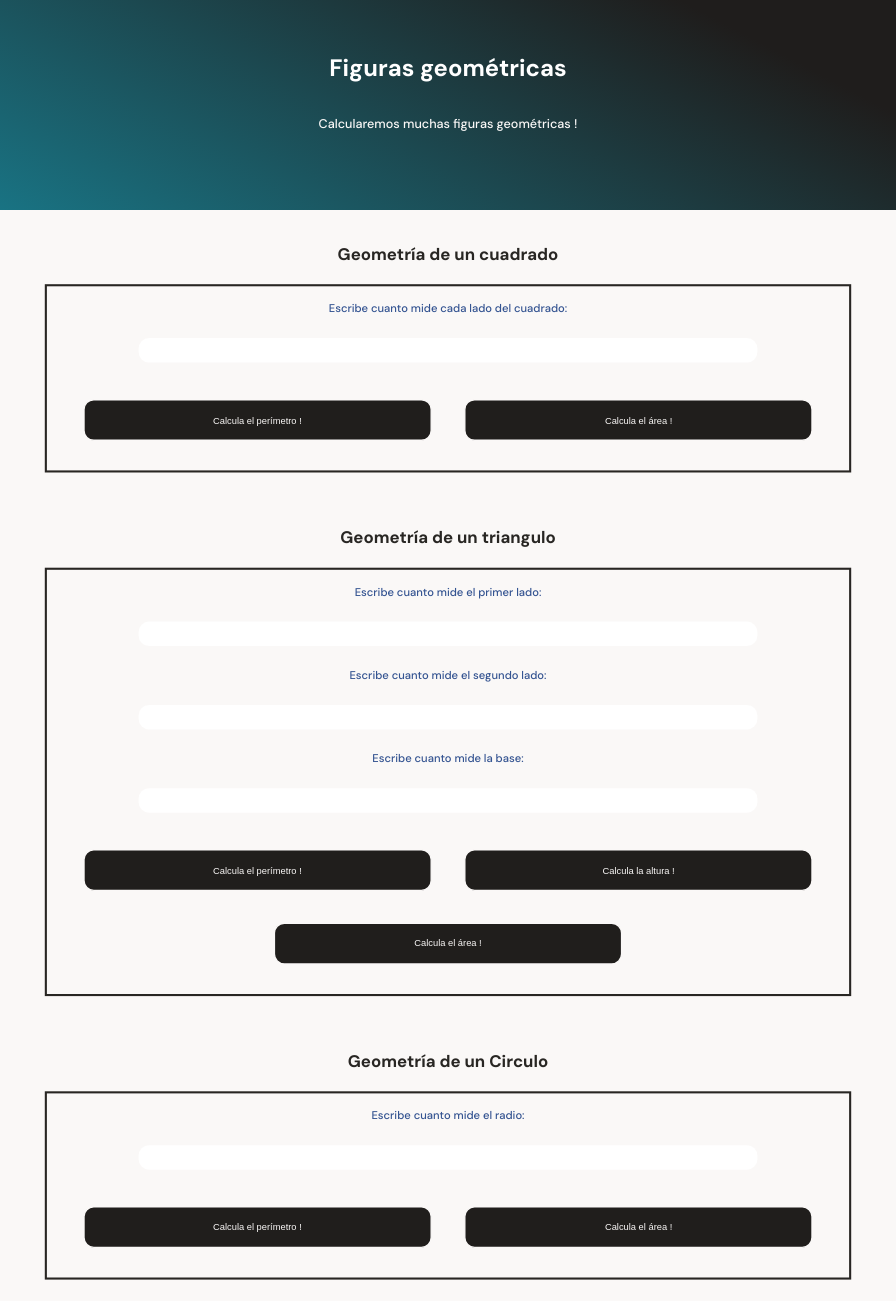
Repository: ChristianGecchelin/javascript-project
Page: javascript-project/figuras-geometricas/figuras.html
These files come from the project's save history. The page is drawn as it stood at one moment and after the next save; the edit follows.
The browser window is 1280 px wide. The pictures show the whole page, at 70% of full size.

Above is the page before, as saved 2021-12-02 00:38:13.

### javascript-project/figuras-geometricas/figuras.html
<!DOCTYPE html>
<html lang="en">
  <head>
    <meta charset="UTF-8" />
    <meta http-equiv="X-UA-Compatible" content="IE=edge" />
    <meta name="viewport" content="width=device-width, initial-scale=1.0" />
    <title>Figuras geométricas | Proyecto 1</title>
    <link rel="preconnect" href="https://fonts.googleapis.com" />
    <link rel="preconnect" href="https://fonts.gstatic.com" crossorigin />
    <link
      href="https://fonts.googleapis.com/css2?family=DM+Sans:wght@400;500;700&family=Inter:wght@300;500&display=swap"
      rel="stylesheet"
    />
    <link rel="stylesheet" href="./style.css" />
  </head>
  <body>
    <header>
      <div class="header--title-container">
        <h1>Figuras geométricas</h1>
        <p>Calcularemos muchas figuras geométricas !</p>
      </div>
    </header>
    <main>
      <section class="main-calculadora-contenedor">
        <h2 class="main-calculadora-contenedor--title">
          Geometría de un cuadrado
        </h2>
        <div class="main-calculadora-form-contenedor">
          <form action="">
            <label class="form--label-input" for=""
              >Escribe cuanto mide cada lado del cuadrado:</label
            >
            <input class="form--input" type="number" id="inputCuadrado" />
            <button
              class="form--input-boton"
              type="button"
              onclick="calcularPerimetroCuadrado()"
            >
              Calcula el perímetro !
            </button>
            <button
              class="form--input-boton"
              type="button"
              onclick="calcularAreaCuadrado()"
            >
              Calcula el área !
            </button>
            <!-- type button, para quitarle el submit por defecto y que no me redireccione a ningun lado -->
          </form>
        </div>
      </section>
      <section class="main-calculadora-contenedor">
        <h2 class="main-calculadora-contenedor--title">
          Geometría de un triangulo
        </h2>
        <div class="main-calculadora-form-contenedor">
          <form action="">
            <label class="form--label-input" for=""
              >Escribe cuanto mide el primer lado:</label
            >
            <input class="form--input" type="number" id="inputLado1" />
            <label class="form--label-input" for=""
              >Escribe cuanto mide el segundo lado:</label
            >
            <input class="form--input" type="number" id="inputLado2" />
            <label class="form--label-input" for=""
              >Escribe cuanto mide la base:</label
            >
            <input class="form--input" type="number" id="inputBase" />
            <button
              class="form--input-boton"
              type="button"
              onclick="calcularPerimetroTriangulo()"
            >
              Calcula el perímetro !
            </button>
            <button
              class="form--input-boton"
              type="button"
              onclick="calcularAlturaTriangulo()"
            >
              Calcula la altura !
            </button>
            <button
              class="form--input-boton"
              type="button"
              onclick="calcularAreaTriangulo()"
            >
              Calcula el área !
            </button>
            <!-- type button, para quitarle el submit por defecto y que no me redireccione a ningun lado -->
          </form>
        </div>
      </section>
      <section class="main-calculadora-contenedor">
        <h2 class="main-calculadora-contenedor--title">
          Geometría de un Circulo
        </h2>
        <div class="main-calculadora-form-contenedor">
          <form action="">
            <label class="form--label-input" for=""
              >Escribe cuanto mide el radio:</label
            >
            <input class="form--input" type="number" id="inputRadio" />
            <button
              class="form--input-boton"
              type="button"
              onclick="calcularPerimetroCirculo()"
            >
              Calcula el perímetro !
            </button>
            <button
              class="form--input-boton"
              type="button"
              onclick="calcularAreaCirculo()"
            >
              Calcula el área !
            </button>
            <!-- type button, para quitarle el submit por defecto y que no me redireccione a ningun lado -->
          </form>
        </div>
      </section>
    </main>
    <script src="./figurasConFunciones.js"></script>
  </body>
</html>

### javascript-project/figuras-geometricas/style.css
:root {
  --Dark-lightblue: #197383;
  --soft-orange: #ffe9d5;
  --secondary-blue: #1a9af7;
  --soft-blue: #e7f5ff;
  --warm-black: #201e1c;
  --black: #282623;
  --grey: #bababa;
  --off-white: #faf8f7;
  --just-white: #fff;
}
* {
  box-sizing: border-box;
  margin: 0;
  padding: 0;
}
html {
  font-size: 62.5%;
  font-family: "DM Sans", sans-serif;
}
header {
  position: relative;
  display: flex;
  flex-direction: column;
  justify-content: center;
  width: 100%;
  min-width: 320px;
  height: 300px;
  text-align: center;
  background: linear-gradient(207.8deg, #1f1d1c 16.69%, #197383 100%);
}
header .header--title-container {
  width: 90%;
  min-width: 288px;
  max-width: 900px;
  height: 200px;
  text-align: center;
  align-self: center;
}
header .header--title-container h1 {
  margin-top: 30px;
  margin-bottom: 50px;
  font-size: 3.4rem;
  font-weight: 700;
  line-height: 3.6rem;
  color: var(--just-white);
}
header .header--title-container p {
  font-size: 1.8rem;
  font-weight: 500;
  line-height: 2.2rem;
  color: var(--off-white);
}
main {
  width: 100%;
  height: auto;
  background-color: var(--off-white);
  min-width: 320px;
}
.main-calculadora-contenedor {
  width: 90%;
  min-width: 280px;
  height: auto;
  margin: 0 auto;
  padding-top: 50px;
  padding-bottom: 30px;
  text-align: center;
}
.main-calculadora-contenedor--title {
  margin-bottom: 30px;
  font-size: 2.4rem;
  font-weight: 700;
  line-height: 2.6rem;
  color: var(--black);
}
.main-calculadora-form-contenedor {
  display: flex;
  flex-direction: column;
  justify-content: center;
  height: auto;
  border: 3px solid var(--black);
  padding: 20px 20px;
}
.main-calculadora-form-contenedor .form--label-input {
  display: block;
  font-size: 1.6rem;
  font-weight: 500;
  line-height: 2.4rem;
  color: rgba(34, 68, 136, 0.92);
}
.main-calculadora-form-contenedor .form--input {
  display: block;
  width: 80%;
  height: 35px;
  margin: 30px auto;
  border: none;
  border-radius: 15px;
  text-align: center;
  font-size: 2rem;
  font-weight: 500;
}
.main-calculadora-form-contenedor .form--input:focus {
  border: 5px solid var(--Dark-lightblue);
  width: 85%;
  border-radius: 15px;
}
.main-calculadora-form-contenedor .form--input-boton {
  width: 45%;
  height: 60px;
  margin: 2%;
  padding: 5px 10px;
  border: 2px solid var(--off-white);
  border-radius: 15px;
  background-color: var(--warm-black);
  color: var(--off-white);
}

### javascript-project/figuras-geometricas/figurasConFunciones.js
/* Codigo del cuadrado */
console.group("Cuadrado");
function perimetroCuadrado(lado) {
  return lado * 4;
}
/* console.log(`Perimetro del cuadrado es: ${perimetroCuadrado} cm.`); */
function areaCuadrado(lado) {
  return (
    lado ** 2
  ); /* debe estar escrito de igual manera el parametro que el return */
}

/* console.log(`El area del cuadrado es: ${areaCuadrado} cm^2.`); */
console.groupEnd();

/* Codigo del triangulo */
console.group("Triangulo");

function perimetroTriangulo(lado1, lado2, base) {
  return lado1 + lado2 + base;
}
function calcularAltura(lado1, lado2, lado3) {
  let ladosIguales;
  let ladoBase;
  let altura;

  if (
    lado1 + lado2 <= lado3 ||
    lado1 + lado3 <= lado2 ||
    lado2 + lado3 <= lado1
  ) {
    alert(
      "En un triangulo la base no puede ser mayor a la suma de sus catetos"
    );
  } else {
    switch (true) {
      case lado1 === lado2:
        ladosIguales = lado1;
        ladoBase = lado3;
        break;
      case lado1 === lado3:
        ladosIguales = lado1;
        ladoBase = lado2;
        break;
      case lado3 === lado2:
        ladosIguales = lado2;
        ladoBase = lado1;
        break;
    }
    if (!ladosIguales) {
      alert("Tu triangulo no es isosceles, ingresa la altura");
    } else {
      altura = Math.sqrt(ladosIguales ** 2 - ladoBase ** 2 / 4);
    }
  }
  return ladosIguales, ladoBase, altura;
}
function areaTriangulo(ladoBase, altura) {
  return (
    (ladoBase * altura) / 2
  ); /* tengo que llamar a la funcion altura para pasarle el dato */
}
console.groupEnd();

//Codigo Circulo
console.group("Circulo");
function diametroCirculo(radio) {
  return radio * 2;
}
const pi = Math.PI;
function circunferencia(radio) {
  const diametro = diametroCirculo(radio);
  /* llamo a una funcion dentro de otra y creo una variable que tiene alcance local */
  return diametro * pi;
}
function superficieCirculo(radio) {
  return pi * radio ** 2;
}

console.groupEnd();
/* Creo una funcion, que a traves del id obtengo lo que el usuario ingreso en el input. y con eso le saco el value que le paso
a la funcion que cree antes y es la encargada de hacer el calculo para luego mostrarse en un aler */
function calcularPerimetroCuadrado() {
  const input = document.getElementById("inputCuadrado");
  const value = input.value;
  const perimetro = perimetroCuadrado(value);
  alert(perimetro);
}
function calcularAreaCuadrado() {
  const input = document.getElementById("inputCuadrado");
  const value = input.value;
  const area = areaCuadrado(value);
  alert(area);
}

function calcularPerimetroTriangulo() {
  const inputLado1 = document.getElementById("inputLado1");
  const valueLado1 = Number(inputLado1.value);
  const inputLado2 = document.getElementById("inputLado2");
  const valueLado2 = Number(inputLado2.value);
  const inputBase = document.getElementById("inputBase");
  const valueBase = Number(inputBase.value);
  /* Es importante ponerle number porque por mas que el input tenga type number, este lo transforma como un string */
  const perimetro = perimetroTriangulo(valueLado1, valueLado2, valueBase);
  alert(perimetro);
}

function calcularAlturaTriangulo() {
  const inputLado1 = document.getElementById("inputLado1");
  const valueLado1 = Number(inputLado1.value);
  const inputLado2 = document.getElementById("inputLado2");
  const valueLado2 = Number(inputLado2.value);
  const inputBase = document.getElementById("inputBase");
  const valueBase = Number(inputBase.value);
  const alturaTriangulo = calcularAltura(valueLado1, valueLado2, valueBase);
  alert(alturaTriangulo);
}

function calcularAreaTriangulo() {
  /* const inputAltura = document.getElementById("inputAltura");
  const valueAltura = Number(inputAltura.value);
  const inputBase = document.getElementById("inputBase");
  const valueBase = inputBase.value;
  const area = areaTriangulo(valueAltura, valueBase);
  alert(area); */
  const inputLado1 = document.getElementById("inputLado1");
  const valueLado1 = Number(inputLado1.value);
  const inputLado2 = document.getElementById("inputLado2");
  const valueLado2 = Number(inputLado2.value);
  const inputBase = document.getElementById("inputBase");
  const valueBase = Number(inputBase.value);
  const altura = calcularAltura(valueLado1, valueLado2, valueBase);
  const area = areaTriangulo(valueBase, altura);
  alert(area);
}

function calcularPerimetroCirculo() {
  const inputRadio = document.getElementById("inputRadio");
  const valueRadio = inputRadio.value;
  const perimetro = circunferencia(valueRadio);
  alert(perimetro);
}
function calcularAreaCirculo() {
  const inputRadio = document.getElementById("inputRadio");
  const valueRadio = inputRadio.value;
  const superficie = superficieCirculo(valueRadio);
  alert(superficie);
}

After the next save:
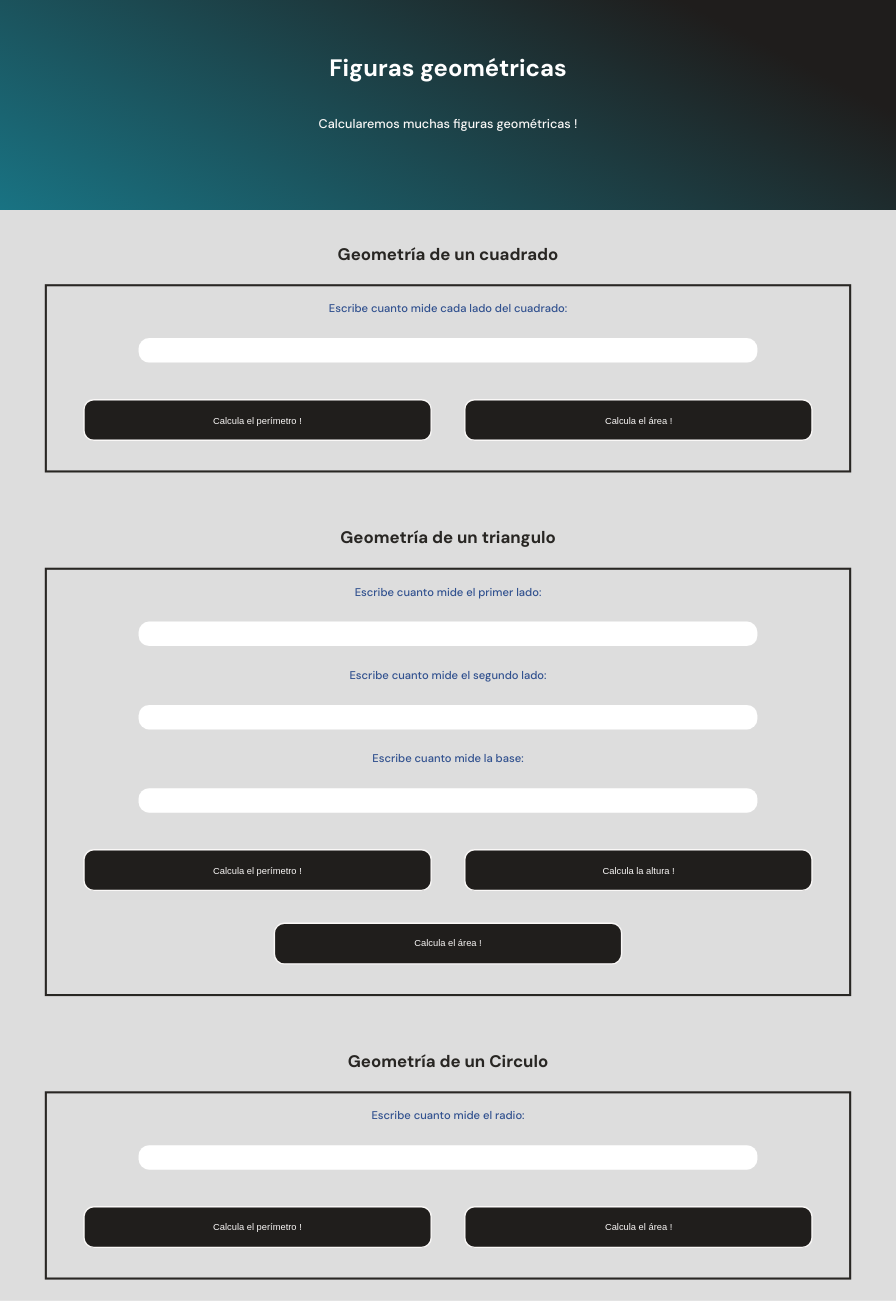
Saved 41 s later.
--- a/javascript-project/figuras-geometricas/style.css
+++ b/javascript-project/figuras-geometricas/style.css
@@ -54,7 +54,7 @@ header .header--title-container p {
 main {
   width: 100%;
   height: auto;
-  background-color: var(--off-white);
+  background-color: rgba(206, 206, 206, 0.685);
   min-width: 320px;
 }
 .main-calculadora-contenedor {
